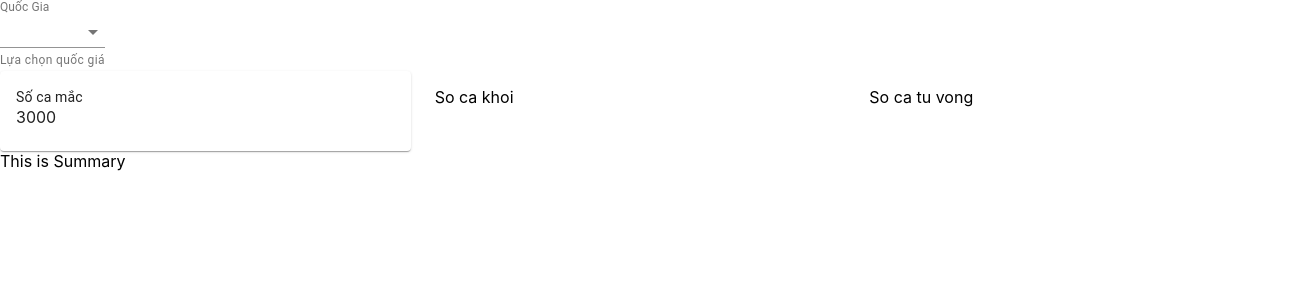
Repository: nguy3nds/covid-app
Page: /
The author's editor kept a copy of each file at every save. The page is drawn from the files as they stood at one save, then again after a run of saves.
The browser window is 1280 px wide. The page is 1292 px wide, so the pictures cover 1292 px, including what lies to the right of the window. The pictures show the whole page.
The page's requests for data from a server got no answer. The project was rebuilt for these pictures with package versions that can differ from the ones it lists, and the page was loaded fresh each time. No one was signed in, and anything a server would have sent is missing.

Above is the page before, as saved 2021-10-08 03:00:43.

### src/App.js
import { useEffect, useState } from "react";
import { getCountries } from "./apis";
import CountrySelector from "./components/CountrySelector";
import Highlight from "./components/Highlight";
import Summary from "./components/Summary";

function App() {
  const [countries, setCountries] = useState([]);

  useEffect(() => {
    getCountries().then((res) => {
      setCountries(res.data);
    });
  }, []);

  return (
    <div>
      <CountrySelector countries={countries} />
      <Highlight />
      <Summary />
    </div>
  );
}

export default App;

### src/apis/index.js
import axios from "axios";

export const getCountries = () => {
  return axios.get("https://api.covid19api.com/countries");
};

### src/components/CountrySelector/index.js
import {
  FormControl,
  InputLabel,
  NativeSelect,
  FormHelperText,
} from "@material-ui/core";
import React from "react";

export default function CountrySelector({ value, hanhleChange, countries }) {
  return (
    <FormControl>
      <InputLabel htmlFor="" shrink>
        Quốc Gia
      </InputLabel>
      <NativeSelect
        value={value}
        onChange={hanhleChange}
        inputProps={{ name: "country", id: "country-selector" }}
      >
        {countries.map((country) => {
          return (
            <option value={country.ISO2.toLowerCase()}>
              {country.Country}
            </option>
          );
        })}
      </NativeSelect>
      <FormHelperText>Lựa chọn quốc giá</FormHelperText>
    </FormControl>
  );
}

### src/components/Highlight/index.js
import React from "react";
import { Grid, Card, CardContent, Typography } from "@material-ui/core";

export default function Highlight() {
  return (
    <Grid container spacing={3}>
      <Grid item sm={4} xs={12}>
        <Card>
          <CardContent>
            <Typography component="p" variant="body2">
              Số ca mắc
            </Typography>
            <Typography component="p" variant="body3">
              3000
            </Typography>
          </CardContent>
        </Card>
      </Grid>
      <Grid item sm={4} xs={12}>
        <p>So ca khoi</p>
      </Grid>
      <Grid item sm={4} xs={12}>
        <p>So ca tu vong</p>
      </Grid>
    </Grid>
  );
}

### src/components/Summary/index.js
import React from "react";

export default function Summary() {
  return <div>This is Summary</div>;
}

Loaded but not shown: public/index.html (common file); src/index.js (common file); src/index.css (common file)

After the next 2 saves:
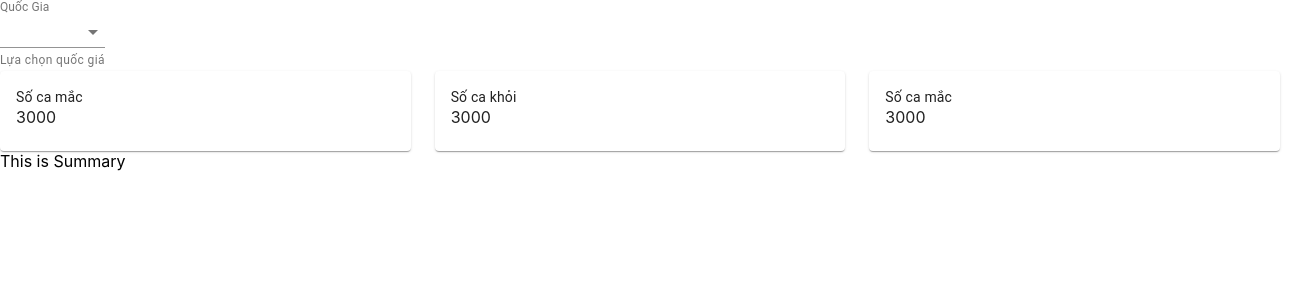
The 2 saves are shown as one change because they came seconds apart.
The last was saved 16 s later.
--- a/src/components/Highlight/index.js
+++ b/src/components/Highlight/index.js
@@ -17,10 +17,28 @@ export default function Highlight() {
         </Card>
       </Grid>
       <Grid item sm={4} xs={12}>
-        <p>So ca khoi</p>
+        <Card>
+          <CardContent>
+            <Typography component="p" variant="body2">
+              Số ca khỏi
+            </Typography>
+            <Typography component="p" variant="body3">
+              3000
+            </Typography>
+          </CardContent>
+        </Card>
       </Grid>
       <Grid item sm={4} xs={12}>
-        <p>So ca tu vong</p>
+        <Card>
+          <CardContent>
+            <Typography component="p" variant="body2">
+              Số ca mắc
+            </Typography>
+            <Typography component="p" variant="body3">
+              3000
+            </Typography>
+          </CardContent>
+        </Card>
       </Grid>
     </Grid>
   );
